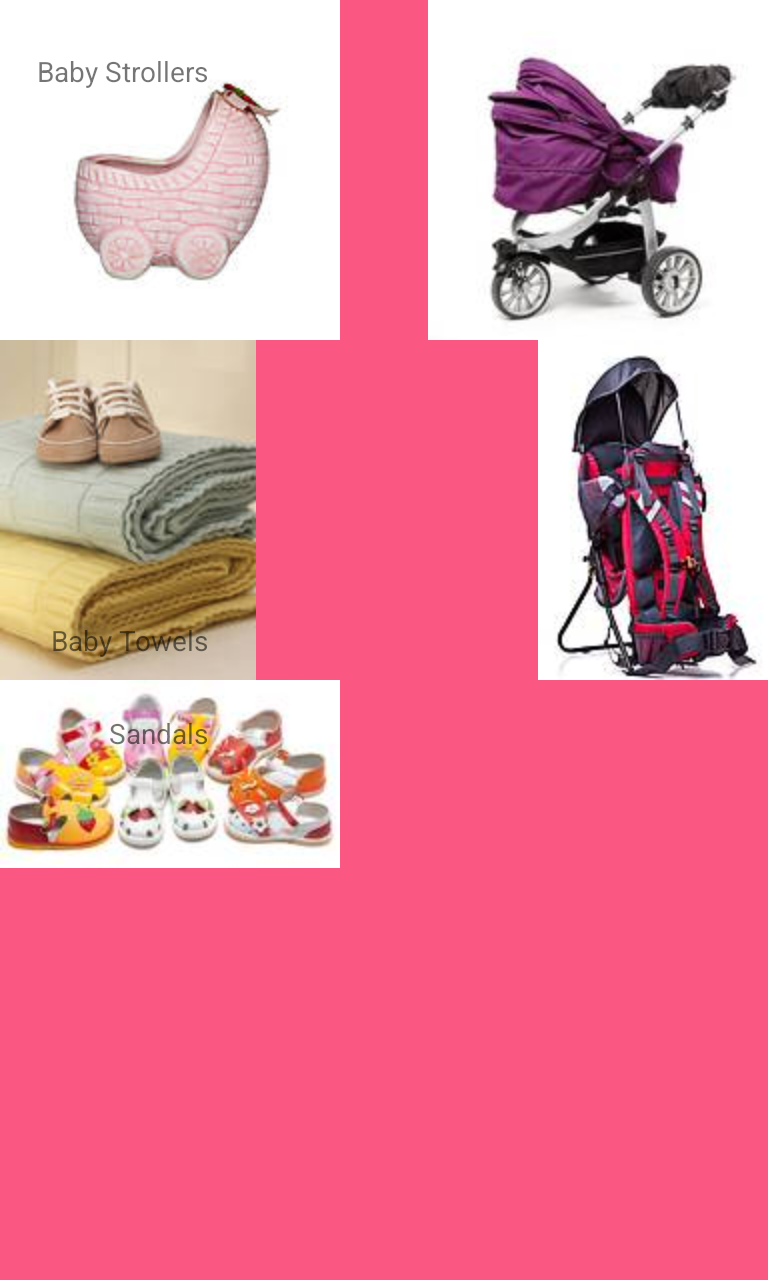
Repository: Clarenaliaka/code-challenge
Layout: ModernMum/res/layout/advert.xml
These files come from the project's save history. The layout is drawn as it stood at one moment and after the next save; the edit follows.
It is drawn on a 768 x 1280 px phone screen (xhdpi) without system bars, with theme AppTheme; the app's code is not run.

Above is the layout before, as saved 2014-08-03 11:03:12.

After the next save:
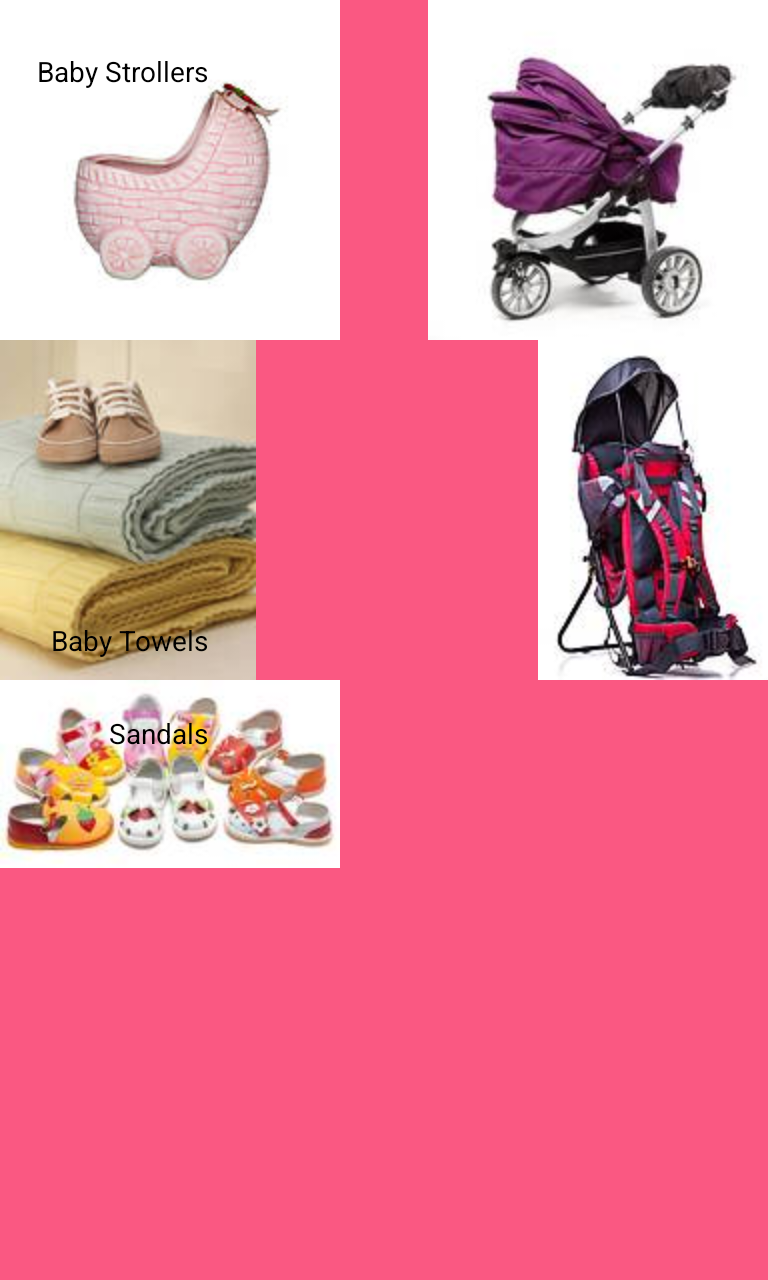
Saved 56 s later.
--- a/ModernMum/res/layout/advert.xml
+++ b/ModernMum/res/layout/advert.xml
@@ -59,7 +59,8 @@
          android:layout_alignRight="@+id/ibnipo"
          android:layout_marginRight="24dp"
          android:layout_marginTop="26dp"
-         android:text="@string/stroller" />
+         android:text="@string/stroller"
+          android:textColor="@color/black"/>
 
      <TextView
          android:id="@+id/textView2"
@@ -68,7 +69,8 @@
          android:layout_alignRight="@+id/textView1"
          android:layout_alignTop="@+id/ibsa"
          android:layout_marginTop="17dp"
-         android:text="@string/diaper" />
+         android:text="@string/diaper"
+         android:textColor="@color/black"/>
 
      <TextView
          android:id="@+id/textView3"
@@ -76,7 +78,8 @@
          android:layout_height="wrap_content"
          android:layout_alignRight="@+id/textView2"
          android:layout_centerVertical="true"
-         android:text="@string/nipo" />
+         android:text="@string/nipo"
+         android:textColor="@color/black" />
 
 
 
